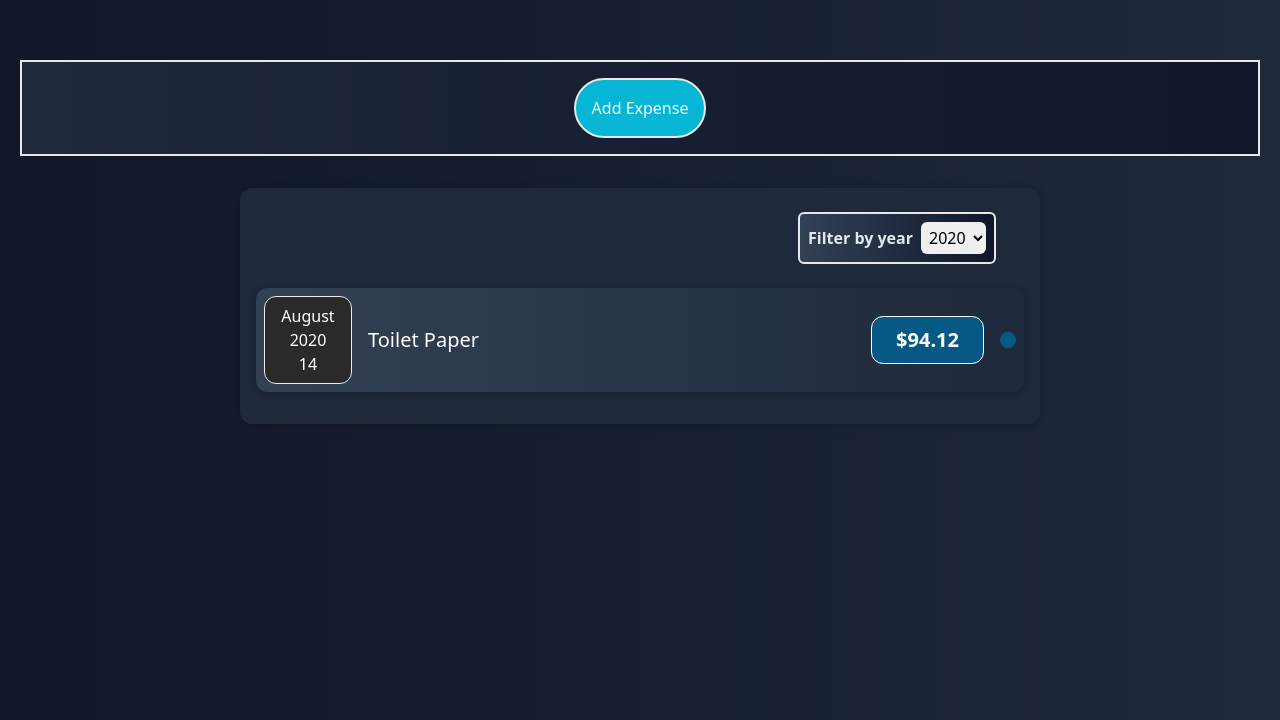
Repository: Sef24/expense-tracker
Page: /
These files come from the project's save history. The page is drawn as it stood at one moment and after the next save; the edit follows.
The browser window is 1280 px wide. The pictures show the whole page.
The project was rebuilt for these pictures with package versions that can differ from the ones it lists, and the page was loaded fresh each time. Also part of the build but not shown: src/components/NewExpense/NewExpense.css, src/components/NewExpense/ExpenseForm.css, src/components/NewExpense/ExpenseForm.js.

Above is the page before, as saved 2022-05-03 19:39:09.

### public/index.html
<!DOCTYPE html>
<html lang="en">
  <head>
    <meta charset="utf-8" />
    <link rel="icon" href="%PUBLIC_URL%/favicon.ico" />
    <meta name="viewport" content="width=device-width, initial-scale=1" />

    <meta
      name="description"
      content="Web site created using create-react-app"
    />
    <link rel="apple-touch-icon" href="%PUBLIC_URL%/logo192.png" />
    <!--
      manifest.json provides metadata used when your web app is installed on a
      user's mobile device or desktop. See https://developers.google.com/web/fundamentals/web-app-manifest/
    -->
    <link rel="manifest" href="%PUBLIC_URL%/manifest.json" />
    <!--
      Notice the use of %PUBLIC_URL% in the tags above.
      It will be replaced with the URL of the `public` folder during the build.
      Only files inside the `public` folder can be referenced from the HTML.

      Unlike "/favicon.ico" or "favicon.ico", "%PUBLIC_URL%/favicon.ico" will
      work correctly both with client-side routing and a non-root public URL.
      Learn how to configure a non-root public URL by running `npm run build`.
    -->
    <title>React App</title>
  </head>
  <body>
    <noscript>You need to enable JavaScript to run this app.</noscript>
    <div id="root"></div>
    <!--
      This HTML file is a template.
      If you open it directly in the browser, you will see an empty page.

      You can add webfonts, meta tags, or analytics to this file.
      The build step will place the bundled scripts into the <body> tag.

      To begin the development, run `npm start` or `yarn start`.
      To create a production bundle, use `npm run build` or `yarn build`.
    -->
  </body>
</html>

### src/index.css
@tailwind base;
@tailwind components;
@tailwind utilities;

@layer base {
  body {
    @apply bg-gradient-to-r from-slate-900  to-slate-800;
  }
}

### src/App.js
import Expenses from "./components/Expenses";
import NewExpense from "./components/NewExpense/NewExpense";
import { useState } from "react";

const DUMMY_DATA = [
  {
    id: "e1",
    title: "Toilet Paper",
    amount: 94.12,
    date: new Date(2020, 7, 14),
  },
  { id: "e2", title: "New TV", amount: 799.49, date: new Date(2021, 2, 12) },
  {
    id: "e3",
    title: "Car Insurance",
    amount: 294.67,
    date: new Date(2021, 2, 28),
  },
  {
    id: "e4",
    title: "New Desk (Wooden)",
    amount: 450,
    date: new Date(2021, 5, 12),
  },
];

function App() {
  const [expenses, setExpenses] = useState(DUMMY_DATA);

  const addExpenseHandler = (expense) => {
    setExpenses((prevExpenses) => {
      return [expense, ...prevExpenses];
    });
  };
  return (
    <div>
      <div>
        <NewExpense onAddExpense={addExpenseHandler} />
        <Expenses items={expenses} />
      </div>
    </div>
  );
}

export default App;

### src/components/Expenses.js
import React, { useState } from "react";
import ExpenseItem from "./ExpenseItem";
import "./Expenses.css";
import ExpensesList from "./ExpensesList";
import ExpensesFilter from "./NewExpense/ExpensesFilter";

function Expenses(props) {
  const [filteredYear, setFilteredYear] = useState("2020");

  const filterChangeHandler = (selectedYear) => {
    setFilteredYear(selectedYear);
  };

  const filteredExpenses = props.items.filter((expense) => {
    return expense.date.getFullYear().toString() === filteredYear;
  });

  return (
    <div>
      <div className="expenses  bg-slate-800 ... ">
        <ExpensesFilter
          selected={filteredYear}
          onChangeFilter={filterChangeHandler}
        />
        <ExpensesList items={filteredExpenses} />
      </div>
    </div>
  );
}

export default Expenses;

### src/components/NewExpense/NewExpense.js
import React from "react";
import "./NewExpense.css";
import ExpenseForm from "./ExpenseForm";
import { useState } from "react";

function NewExpense(props) {
  const [isEditing, setIsEditing] = useState(false);

  const saveExpenseDataHandler = (enteredExpenseData) => {
    const expenseData = {
      ...enteredExpenseData,
      id: Math.random().toString(),
    };

    props.onAddExpense(expenseData);
    setIsEditing(false);
  };

  const startEditingHandler = () => {
    setIsEditing(true);
  };

  const stopEditingHandler = () => {
    setIsEditing(false);
  };

  return (
    <div className="flex flex-col sm:flex-row m-5 justify-between items-center h-auto">
      <div
        className="flex flex-grow justify-evenly w-full p-4 mt-10 items-center  border-2
      bg-gradient-to-r from-slate-800 to-slate-900 ... px-10 "
      >
        {!isEditing && (
          <button
            onClick={startEditingHandler}
            className="flex items-center justify-center border-2 p-4 rounded-full text-slate-50
          cursor-pointer transition duration-100 transform hover:scale-125 hover:text-white
          bg-cyan-500 text-extra-bold"
          >
            Add Expense
          </button>
        )}
        {isEditing && (
          <ExpenseForm
            onSaveExpenseData={saveExpenseDataHandler}
            onCancel={stopEditingHandler}
          />
        )}
      </div>
    </div>
  );
}

export default NewExpense;

### src/components/ExpenseItem.js
import React, { useState } from "react";
import "./ExpenseItem.css";
import ExpenseDate from "./ExpenseDate";

function ExpenseItem(props) {
  const [title, setTitle] = useState(props.title);

  const clickHandler = () => {
    setTitle("Updated");
    console.log(title);
  };

  return (
    <li>
      <div className="expense-item bg-gradient-to-r  from-slate-700  to-slate-800 ... border-x-cyan-100 ">
        <ExpenseDate date={props.date} />

        <div className="expense-item__description">
          <h2>{props.title}</h2>

          <div className="expense-item__price bg-sky-800">${props.amount}</div>
        </div>
        <button
          className="p-2 ml-4 border-transparent rounded-full border-0
        bg-sky-800 font-bold text-slate-50"
          onClick={clickHandler}
        ></button>
      </div>
    </li>
  );
}

export default ExpenseItem;

### src/components/Expenses.css
.expenses {
  padding: 1rem;

  margin: 2rem auto;
  width: 50rem;
  max-width: 95%;
  border-radius: 12px;
  box-shadow: 0 1px 8px rgba(0, 0, 0, 0.25);
}

### src/components/ExpensesList.js
import React from "react";

import ExpenseItem from "./ExpenseItem";

const ExpensesList = (props) => {
  if (props.items.length === 0) {
    return (
      <h2 className="text-white font-extrabold text-xl flex items-center justify-center">
        Found no expenses...
      </h2>
    );
  }

  return (
    <ul>
      {props.items.map((expense) => (
        <ExpenseItem
          key={expense.id}
          id={expense.id}
          title={expense.title}
          amount={expense.amount}
          date={expense.date}
        />
      ))}
    </ul>
  );
};

export default ExpensesList;

### src/components/NewExpense/ExpensesFilter.js
import React from "react";

const ExpensesFilter = (props) => {
  const dropdownChangeHandler = (event) => {
    props.onChangeFilter(event.target.value);
  };
  return (
    <div className="">
      <div className="flex justify-end p-2 mr-5 ">
        <div
          className="border-2  rounded-md border-inherit p-2 ml-6
        bg-gradient-to-r from-slate-700 to-slate-900 ..."
        >
          <label className="text-slate-200 font-bold mr-2">
            Filter by year
          </label>
          <select
            value={props.selected}
            onChange={dropdownChangeHandler}
            className="rounded-md p-1"
          >
            <option value="2022">2022</option>
            <option value="2021">2021</option>
            <option value="2020">2020</option>
            <option value="2019">2019</option>
          </select>
        </div>
      </div>
    </div>
  );
};

export default ExpensesFilter;

### src/components/ExpenseItem.css
.expense-item {
  display: flex;
  justify-content: space-between;
  align-items: center;
  box-shadow: 0 2px 8px rgba(0, 0, 0, 0.25);
  padding: 0.5rem;
  margin: 1rem 0;
  border-radius: 12px;
}

.expense-item__description {
  display: flex;
  flex-direction: column;
  gap: 1rem;
  align-items: flex-end;
  flex-flow: column-reverse;
  justify-content: flex-start;
  flex: 1;
}

.expense-item h2 {
  color: #3a3a3a;
  font-size: 1rem;
  flex: 1;
  margin: 0 1rem;
  color: white;
}

.expense-item__price {
  font-size: 1rem;
  font-weight: bold;
  color: white;

  border: 1px solid white;
  padding: 0.5rem;
  border-radius: 12px;
}

@media (min-width: 580px) {
  .expense-item__description {
    flex-direction: row;
    align-items: center;
    justify-content: flex-start;
    flex: 1;
  }

  .expense-item__description h2 {
    font-size: 1.25rem;
  }

  .expense-item__price {
    font-size: 1.25rem;
    padding: 0.5rem 1.5rem;
  }
}

### src/components/ExpenseDate.js
import React from "react";
import "./ExpenseDate.css";

function ExpenseDate(props) {
  const month = props.date.toLocaleString("en-US", { month: "long" });
  const day = props.date.getDate();
  const year = props.date.getFullYear();

  return (
    <div className="expense-date">
      <div className="expense__month">{month}</div>
      <div className="expense__year">{year}</div>
      <div className="expense__day">{day}</div>
    </div>
  );
}

export default ExpenseDate;

Loaded but not shown: src/index.js (common file); src/components/ExpenseDate.css (common file); tailwind.config.js (common file)

After the next save:
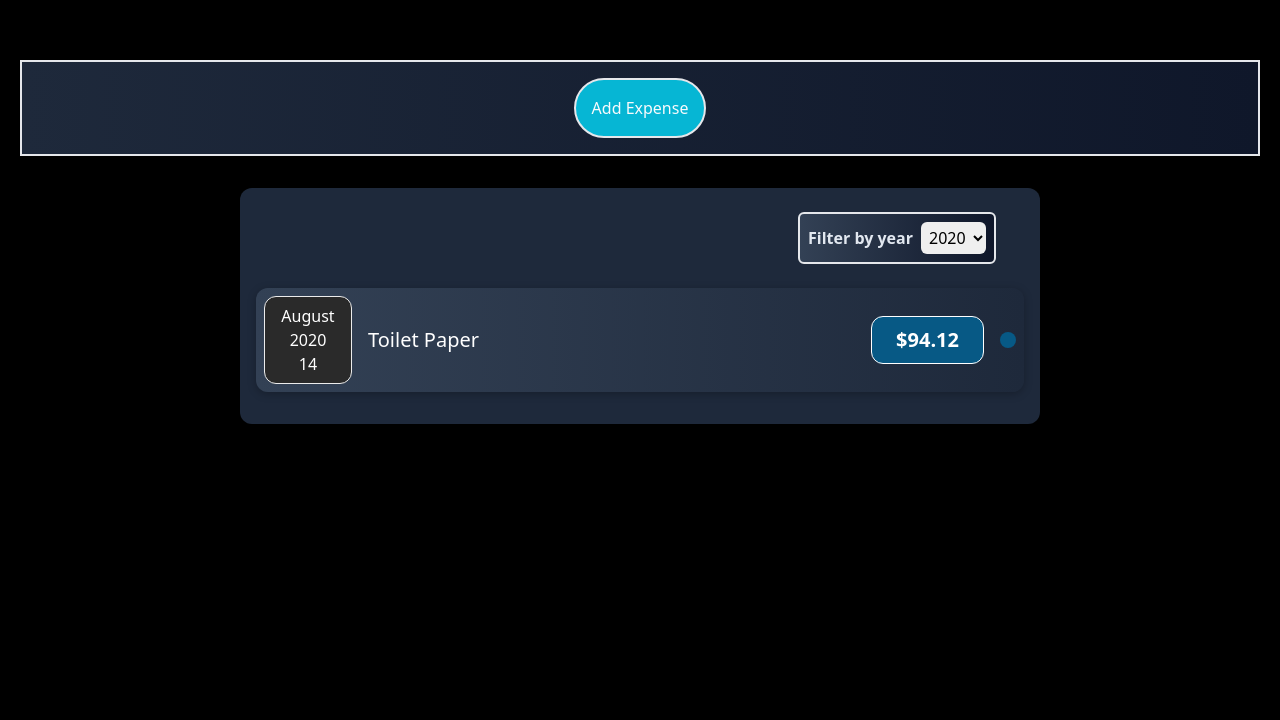
Saved 84 s later.
--- a/src/index.css
+++ b/src/index.css
@@ -4,6 +4,6 @@
 
 @layer base {
   body {
-    @apply bg-gradient-to-r from-slate-900  to-slate-800;
+    @apply bg-black;
   }
 }
